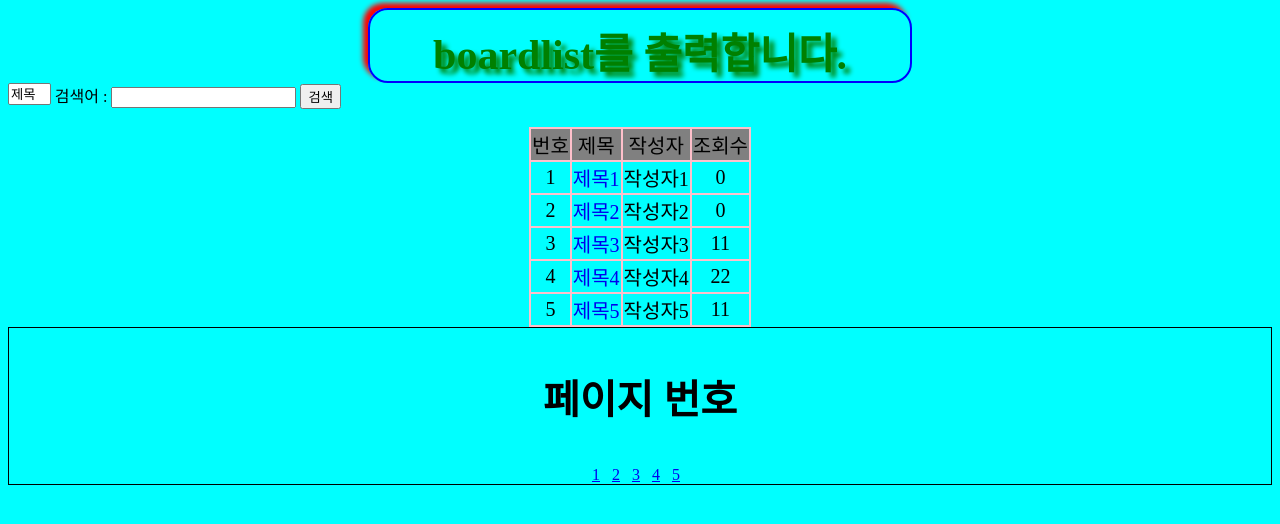
Repository: younseochoi/AI_PLATFORM
Page: my_code/03_web/html/src/main/webapp/boardlist.html
The author's editor kept a copy of each file at every save. The page is drawn from the files as they stood at one save, then again after the next save.
The browser window is 1280 px wide. The pictures show the whole page.

Above is the page before, as saved 2022-07-25 08:22:26.

### my_code/03_web/html/src/main/webapp/boardlist.html
<!DOCTYPE html>
<html>
<head>
<meta charset="UTF-8">
<title>게시물리스트입니다.</title>
<style type="text/css">
body{
	background-color: aqua;
}

#title{
/* 제목 파랑박스 가로 중앙정렬/ 빨강음영 / 모서리 둥글게/ 텍스트 녹색 중앙정렬 */
	border: 2px solid blue;
	border-radius: 20px;
	color:green;
	font-size: 42px ;
	margin:0 auto ;
	box-shadow: -5px -5px 5px red;
	text-shadow: 5px 5px 5px green;
	text-align: center;
	width: 500px;
	padding :10px 20px 0px 20px ;
}

table{ margin:0 auto; text-align: center; border-collapse: collapse; font-size: 20px; }
tr{border: 2px solid pink; margin:0;}
th{border: 2px solid pink; margin:0;background-color: gray; font-weight: normal;}
td{border: 2px solid pink; margin:0;}
td a{
	text-decoration: none;
}
#page-num{
	border: 1px solid black;
	text-align: center;
}
#page-num h3{
	font-size: 40px;

}
</style>
</head>
<body>
<div id="title-box">
<h1 id="title">boardlist를 출력합니다.</h1>
</div>
<form action="boardsearch.html">
<div>
	<select name="item" multiple="multiple" size ="1" lang="1">
		<option value = "title">제목</option>
		<option value ="contents">내용</option>
		<option value="writer">작성자</option>
	</select>
	검색어 : <input type="text" name= "keyword">
			<input type = "submit" value="검색">
</div>
</form>
<br>
<div id="table-box">
<table>
	<tr>
		<th>번호</th>
		<th>제목</th>
		<th>작성자</th>
		<th>조회수</th>
	</tr>
	<tr>
		<td>1</td>
		<td><a href="boarddetail.html">제목1</a></td>
		<td>작성자1</td>
		<td>0</td>
	</tr>
	<tr>
		<td>2</td>
		<td><a href="boarddetail.html">제목2</a></td>
		<td>작성자2</td>
		<td>0</td>
	</tr>
	<tr>
		<td>3</td>
		<td><a href="boarddetail.html">제목3</a></td>
		<td>작성자3</td>
		<td>11</td>
	</tr>
	<tr>
		<td>4</td>
		<td><a href="boarddetail.html">제목4</a></td>
		<td>작성자4</td>
		<td>22</td>
	</tr>
	<tr>
		<td>5</td>
		<td><a href="boarddetail.html">제목5</a></td>
		<td>작성자5</td>
		<td>11</td>
	</tr>
</table>
</div>
<div id="page-num">
	<h3>페이지 번호</h3>
	<a href="boardlist.html">1</a> &nbsp;
	<a href="boardlist.html">2</a> &nbsp;
	<a href="boardlist.html">3</a> &nbsp;
	<a href="boardlist.html">4</a> &nbsp;
	<a href="boardlist.html">5</a> &nbsp;
</div>
</body>
</html>

After the next save:
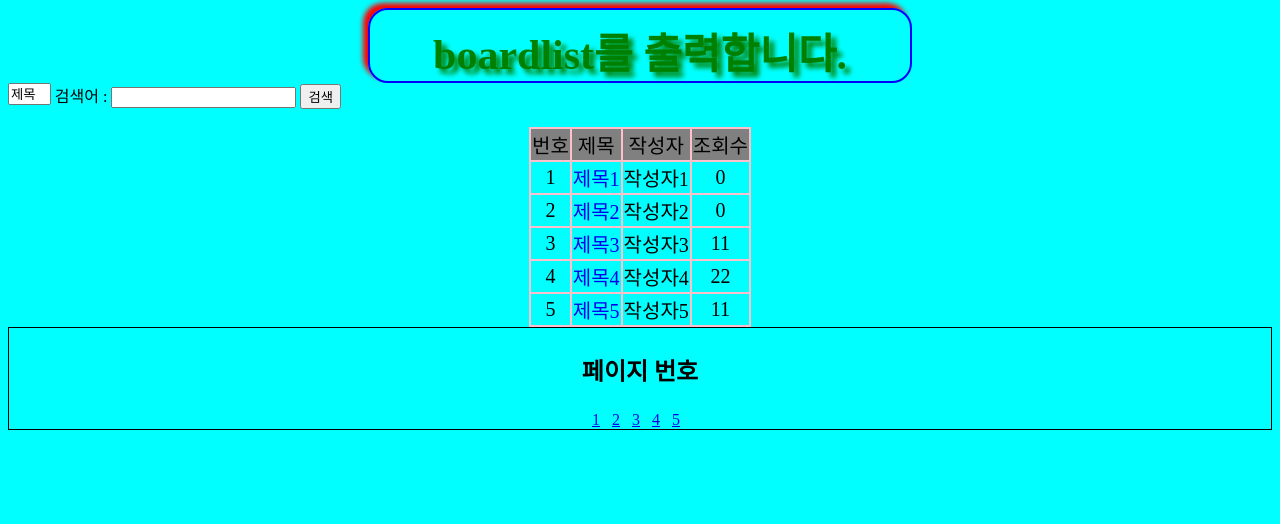
Saved 8 s later.
--- a/my_code/03_web/html/src/main/webapp/boardlist.html
+++ b/my_code/03_web/html/src/main/webapp/boardlist.html
@@ -34,7 +34,7 @@ td a{
 	text-align: center;
 }
 #page-num h3{
-	font-size: 40px;
+	font-size: 24px;
 
 }
 </style>
